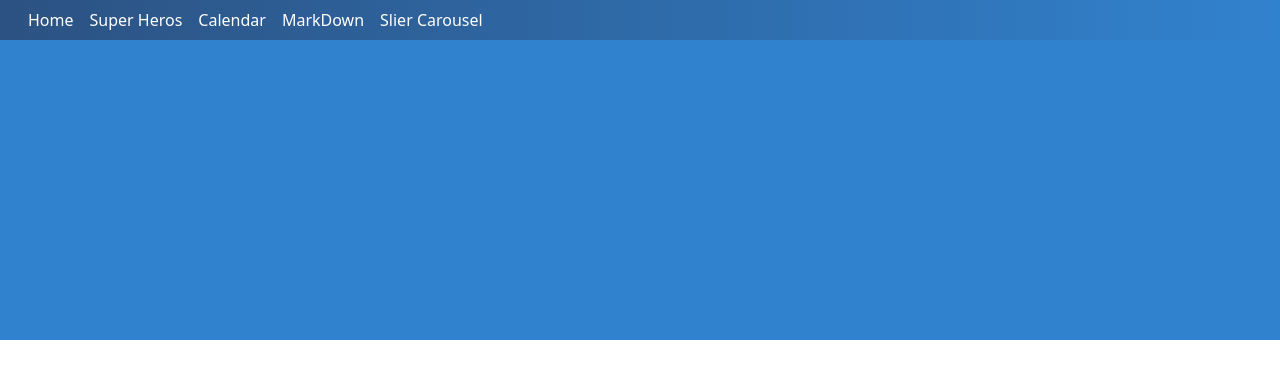
Repository: kshvkndl/VueFullCoursePractice
Page: /slider
These files come from the project's save history. The page is drawn as it stood at one moment and after the next save; the edit follows.
The browser window is 1280 px wide. The pictures show the whole page.
The project was rebuilt for these pictures with package versions that can differ from the ones it lists, and the page was loaded fresh each time. Also part of the build but not shown: src/pages/SuperHeros.vue, src/pages/Calender.vue, src/pages/Home.vue, src/utilities/mixins/debounce.js, src/pages/MarkDown.vue.

Above is the page before, as saved 2020-11-19 16:34:46.

### src/main.js
import { createApp } from 'vue'
import App from './App.vue'
import './assets/style.css'
import router from './router'

const app = createApp(App);
app.use(router);
app.mount('#app');

### src/App.vue
<template>
  <AppHeader></AppHeader>
  <div class="w-full flex">
    <router-view></router-view>
  </div>
</template>

<script>
import AppHeader from "@/components/AppHeader";
export default {
  components: { AppHeader },
};
</script>

### src/router.js
import { createRouter, createWebHistory } from 'vue-router';
import SuperHeros from '@/pages/SuperHeros'
import Calender from '@/pages/Calender'
import Home from '@/pages/Home'
import MarkDown from '@/pages/MarkDown'
import Slider from '@/pages/Slider'


const routes = [
    { path: '/', component: Home },
    { path: '/super-heros', component: SuperHeros },
    { path: '/calendar', component: Calender },
    { path: '/markdown', component: MarkDown },
    { path: '/slider', component: Slider },
]

const router = createRouter({
    history: createWebHistory(),
    routes,
});
export default router;

### src/components/AppHeader.vue
<template>
  <nav
    class="w-full bg-gradient-to-r from-blue-800 to-blue-600 text-white px-5 py-2"
  >
    <router-link
      class="mx-2"
      v-for="item in list"
      :key="item.to"
      :to="item.to"
      >{{ item.title }}</router-link
    >
  </nav>
</template>


<script>
export default {
  data() {
    return {
      list: [
        { title: "Home", to: "/" },
        { title: "Super Heros", to: "/super-heros" },
        { title: "Calendar", to: "/calendar" },
        { title: "MarkDown", to: "/markdown" },
        { title: "Slier Carousel", to: "/slider" },
      ],
    };
  },
};
</script>

### src/pages/Slider.vue
<template>
  <div class="flex flex-wrap w-full">
    <div
      v-if="currentSlide == 0"
      class="absolute w-full bg-blue-600"
      style="height: 300px"
    ></div>
    <div
      v-if="currentSlide == 1"
      class="absolute w-full bg-yellow-600"
      style="height: 300px"
    ></div>
    <div
      v-if="currentSlide == 2"
      class="absolute w-full bg-teal-600"
      style="height: 300px"
    ></div>
  </div>
</template>

<script>
export default {
  data() {
    return {
      currentSlide: 1,
      interval: "",
    };
  },
  mounted() {
    this.interval = setInterval(() => {
      this.currentSlide = this.currentSlide === 2 ? 0 : this.currentSlide + 1;
    }, 2000);
  },
  beforeUnmount() {
    clearInterval(this.interval);
  },
};
</script>

<style scoped>
</style>

Loaded but not shown: public/index.html (common file); src/assets/style.css (common file); tailwind.config.js (common file)

After the next save:
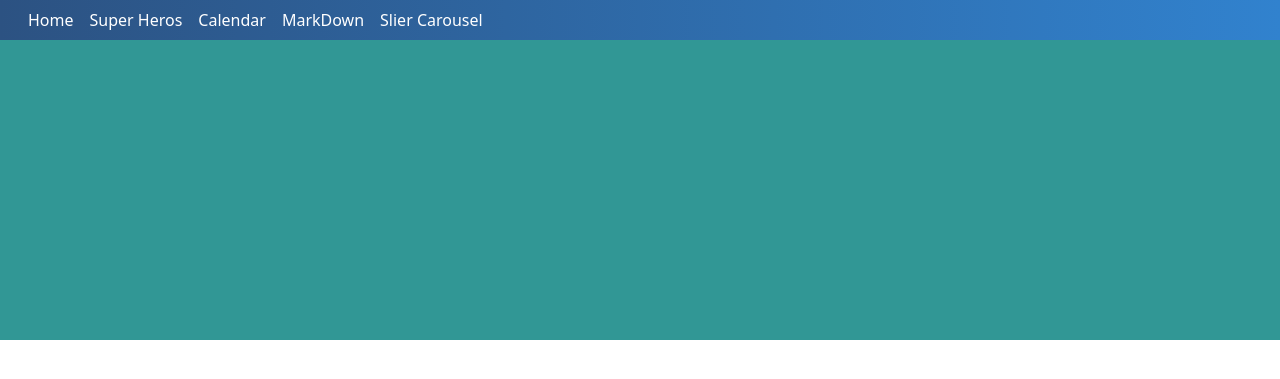
Saved 32 s later.
--- a/src/pages/Slider.vue
+++ b/src/pages/Slider.vue
@@ -22,7 +22,7 @@
 export default {
   data() {
     return {
-      currentSlide: 1,
+      currentSlide: 0,
       interval: "",
     };
   },
